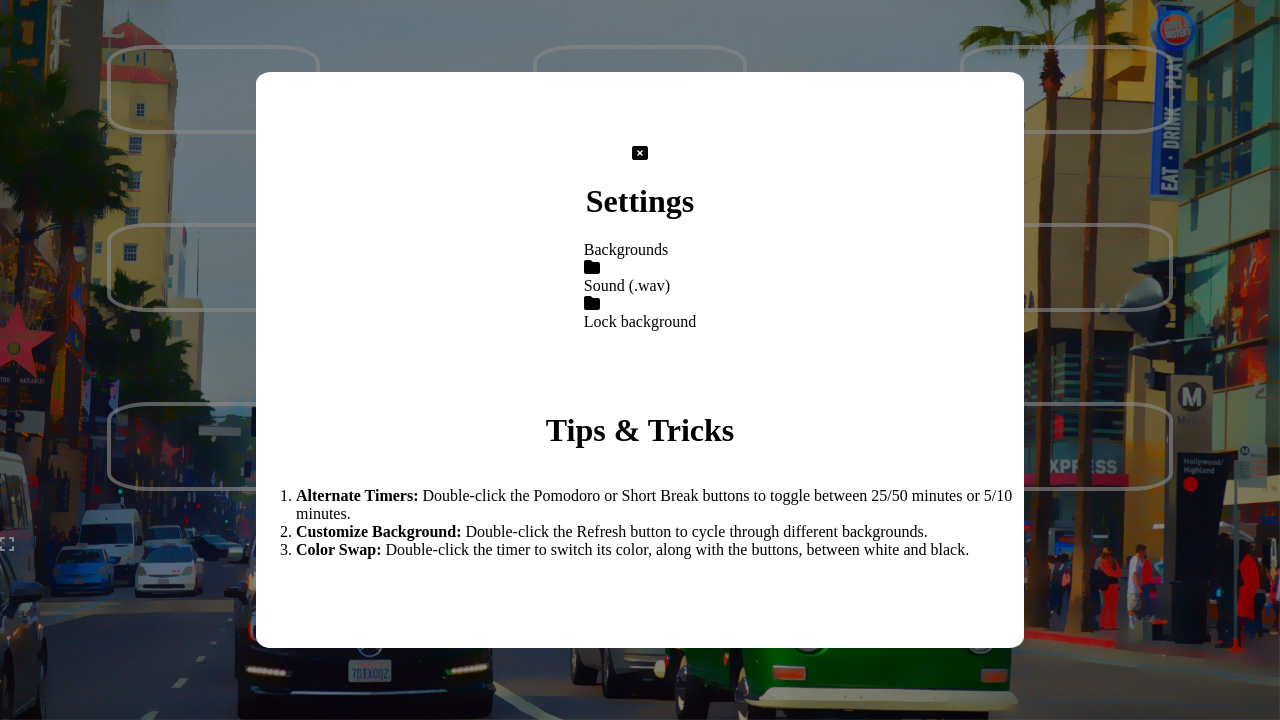
Repository: ttommytan/pomodoro
Page: /, after clicking the first element matching `svg.fa-gear`
The author's editor kept a copy of each file at every save. The page is drawn from the files as they stood at one save, then again after a run of saves.
The browser window is 1280 px wide. The pictures show the whole page.
The project was rebuilt for these pictures with package versions that can differ from the ones it lists, and the page was loaded fresh each time. Also part of the build but not shown: vite.config.js, src/components/Test.jsx, src/components/SliderComponent.jsx. Imported but missing from the stored project, and not drawn on this page: src/assets/chime.wav.

Above is the page before, as saved 2024-08-27 11:13:33.

After the next 2 saves:
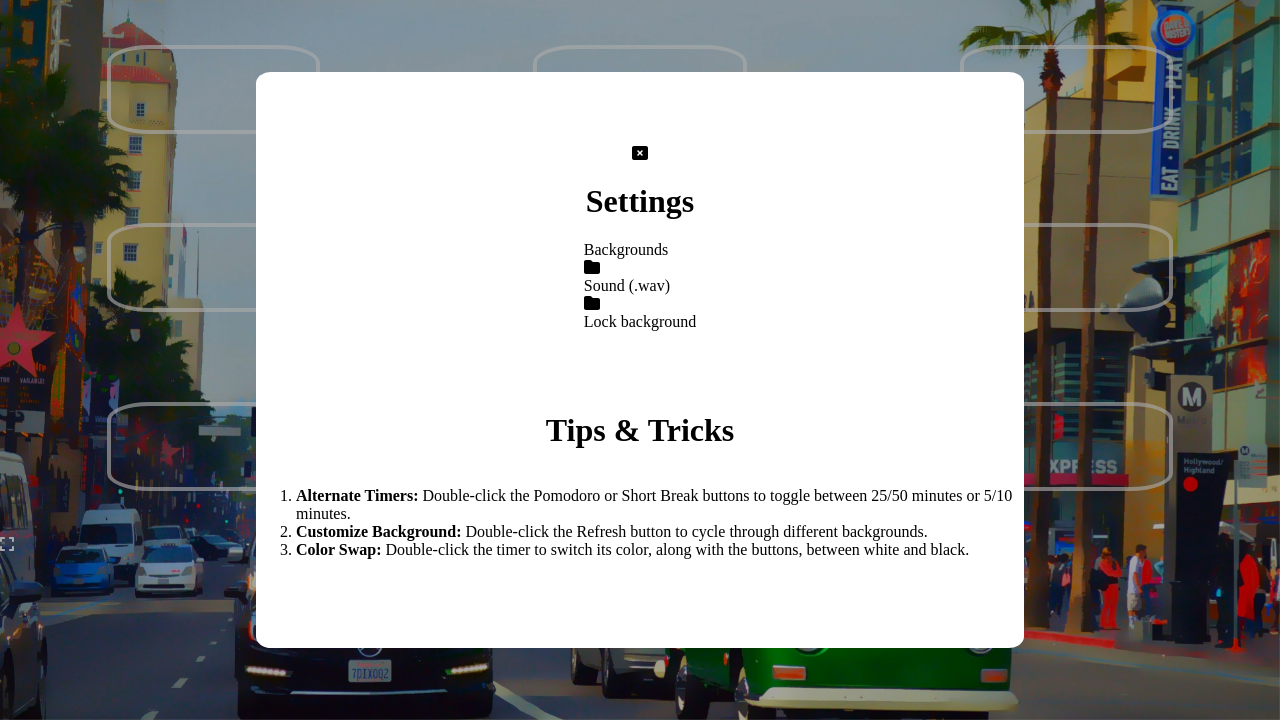
The 2 saves are shown as one change because they came seconds apart.
The last was saved 10 s later.
--- a/src/index.css
+++ b/src/index.css
@@ -292,7 +292,7 @@
   display: flex;
   justify-content: center;
   align-items: center;
-  background-color: rgba(0, 0, 0, 0.472);
+  background-color: rgba(0, 0, 0, 0.332);
   z-index: 1000;
 }
 
